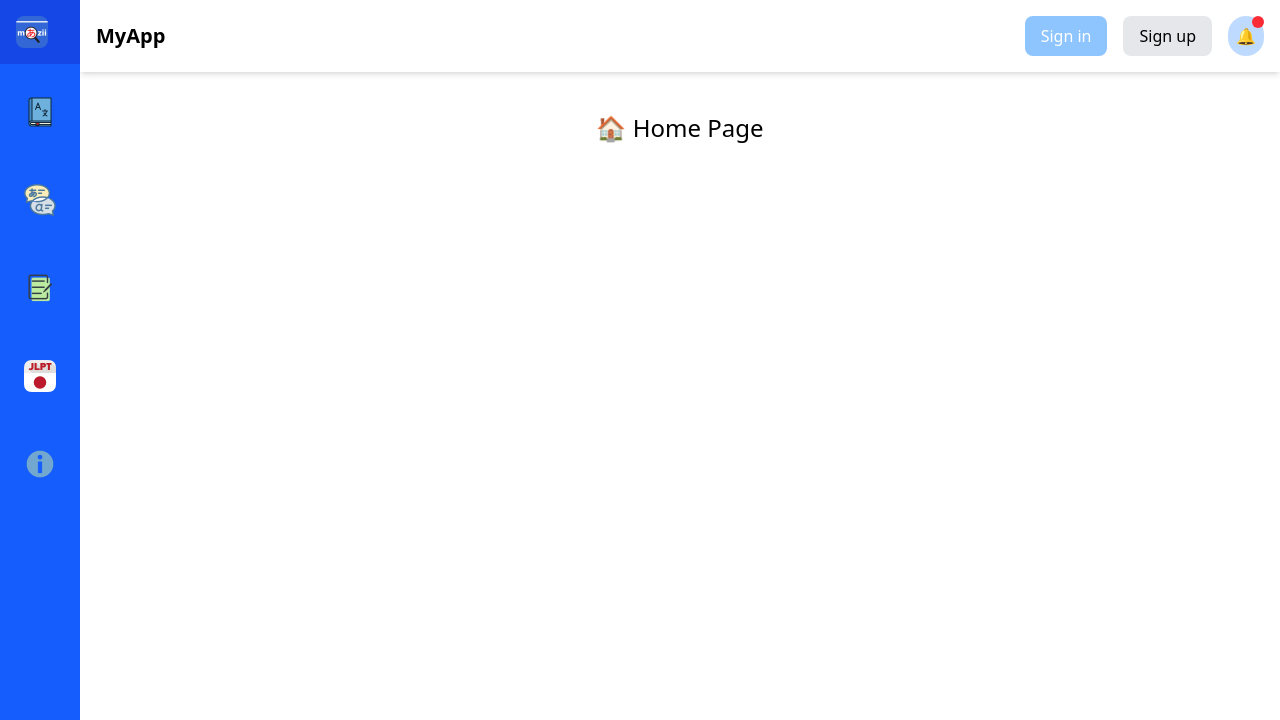
Repository: reminzuetto/JapaneseTranslationApp
Page: /
An editor plug-in stored every save of this project. The page is shown before and after the next save, followed by the edit.
The browser window is 1280 px wide. The pictures show the whole page.
The project was rebuilt for these pictures with package versions that can differ from the ones it lists, and the page was loaded fresh each time. Also part of the build but not shown: vite.config.js, src/components/Header/NotificationItem.jsx, src/pages/SignIn.jsx, src/pages/Signup.jsx.

Above is the page before, as saved 2025-03-11 23:54:34.

### src/App.jsx
import React from "react";
import { BrowserRouter as Router, Routes, Route } from "react-router-dom";
import Header from "./components/Header/Header";
import Home from "./pages/Home";
import Sidebar from "./components/SideBar/SideBar";
import SignIn from "./pages/SignIn";
import SignUp from "./pages/Signup";

function App() {
  return (
    <Router>
      <div className="flex">
        <Sidebar />
        <div className="flex-1 pl-20">
          <Header />
          <Routes>
            <Route path="/" element={<Home />} />
            <Route path="/signin" element={<SignIn />} />
            <Route path="/signup" element={<SignUp />} />
          </Routes>
        </div>
      </div>
    </Router>
  );
}

export default App;

### src/components/Header/Header.jsx
import React, { useState } from "react";
import useClickOutside from "../../hooks/useClickOutside";
import notificationsData from "/src/Data.js";
import NotificationItem from "../Header/NotificationItem";

const Header = () => {
  const { show, setShow, nodeRef } = useClickOutside();
  const [notifications, setNotifications] = useState(notificationsData);

  const markAsSeen = (id) => {
    setNotifications((prev) =>
      prev.map((item) => (item.id === id ? { ...item, seen: true } : item))
    );
  };

  return (
    <header className="flex items-center justify-between p-4 bg-white shadow-md">
      <div className="text-xl font-bold">MyApp</div>

      <div className="flex items-center gap-4">
        <button className="px-4 py-2 text-white bg-blue-300 rounded-lg hover:bg-blue-500">
          Sign in
        </button>
        <button className="px-4 py-2 text-blue bg-gray-200 rounded-lg hover:bg-blue-500 hover:text-white">
          Sign up
        </button>
        <div className="relative" ref={nodeRef}>
          <div
            className="relative p-2 rounded-full bg-blue-200 hover:bg-blue-400 cursor-pointer"
            onClick={() => setShow(!show)}
          >
            🔔
            {notifications.some((item) => !item.seen) && (
              <span className="absolute top-0 right-0 w-3 h-3 bg-red-500 rounded-full"></span>
            )}
          </div>

          {show && (
            <div className="absolute top-full -left-2 min-w-[250px] translate-x-[-100%] mt-2 bg-white shadow-lg rounded-lg border border-gray-200">
              {notifications.length > 0 ? (
                notifications.map((item) => (
                  <NotificationItem
                    key={item.id}
                    id={item.id}
                    title={item.title}
                    time={item.time}
                    seen={item.seen}
                    onMarkAsSeen={markAsSeen}
                  />
                ))
              ) : (
                <div className="p-4 text-center text-gray-400">
                  Không có thông báo mới
                </div>
              )}
            </div>
          )}
        </div>
      </div>
    </header>
  );
};

export default Header;

### src/pages/Home.jsx
import React from "react";

const Home = () => {
  return <h1 className="text-2xl text-center mt-10">🏠 Home Page</h1>;
};

export default Home;

### src/components/SideBar/SideBar.jsx
import React from "react";

const SidebarItem = ({ src, text }) => (
  <li className="w-full">
    <a
      className="flex items-center h-20 text-gray-200 no-underline transition duration-500 hover:bg-blue-700 hover:text-white hover:shadow-lg hover:font-bold hover:rounded-lg hover:ml-3 hover:mr-3"
      href=""
    >
      <img className="w-8 min-w-8 mx-6" src={src} alt={text} />
      <span className="hidden group-hover:block ml-4">{text}</span>
    </a>
  </li>
);

const SideBar = () => {
  const menuItems = [
    { src: "/src/assets/SearchIcon.png", text: "Search" },
    { src: "/src/assets/TranslateIcon.png", text: "Translate" },
    { src: "/src/assets/CollectionIcon.png", text: "Collection" },
    { src: "/src/assets/JLPTIcon.png", text: "JLPT" },
    { src: "/src/assets/AboutIcon.jpg", text: "About us" },
  ];

  return (
    <nav className="w-20 h-screen fixed z-10 bg-blue-600 transition-all duration-200 hover:w-64 group">
      <ul className="flex flex-col items-center space-y-2">
        <li className="w-full text-center py-4 bg-blue-700 font-bold uppercase text-white text-2xl">
          <a className="flex items-center justify-center space-x-4" href="">
            <img
              className="w-8 h-8 rounded-lg transition-transform duration-600 group-hover:rotate-[-360deg]"
              src="/src/assets/MaziiLogo.png"
              alt="Mazii logo"
            />
            <span className="hidden group-hover:block">Mazzi</span>
          </a>
        </li>
        {menuItems.map((item, index) => (
          <SidebarItem key={index} src={item.src} text={item.text} />
        ))}
      </ul>
    </nav>
  );
};

export default SideBar;

### src/hooks/useClickOutside.jsx
import { useEffect, useRef, useState } from "react";

export default function useClickOutside(dom = "button") {
  const [show, setShow] = useState(false);
  const nodeRef = useRef(null);
  useEffect(() => {
    const handleClickOutside = (event) => {
      if (
        nodeRef.current &&
        !nodeRef.current.contains(event.target) &&
        !event.target.matches(dom)
      ) {
        setShow(false);
      }
    };
    document.addEventListener("click", handleClickOutside);
    return () => {
      document.removeEventListener("click", handleClickOutside);
    };
  }, []);

  return {
    show,
    setShow,
    nodeRef,
  };
}

### src/Data.js
const notificationsData = [
  {
    id: 1,
    title: "JavaScript Update",
    content: "Phiên bản mới của JavaScript đã được phát hành.",
    time: "10 phút trước",
    seen: false,
  },
  {
    id: 2,
    title: "ReactJS Tips",
    content: "Học cách tối ưu hóa hiệu suất trong ReactJS.",
    time: "30 phút trước",
    seen: true,
  },
  {
    id: 3,
    title: "VueJS News",
    content: "Vue 3 đang ngày càng phổ biến hơn!",
    time: "1 giờ trước",
    seen: false,
  },
  {
    id: 4,
    title: "Next.js Guide",
    content: "Làm thế nào để sử dụng Server Actions hiệu quả?",
    time: "3 giờ trước",
    seen: true,
  },
  {
    id: 5,
    title: "PostgreSQL Tips",
    content: "Cách tối ưu truy vấn SQL cho tốc độ nhanh hơn.",
    time: "5 giờ trước",
    seen: false,
  },
];

export default notificationsData;

Loaded but not shown: index.html (common file); src/main.jsx (common file); src/index.css (common file)

After the next save:
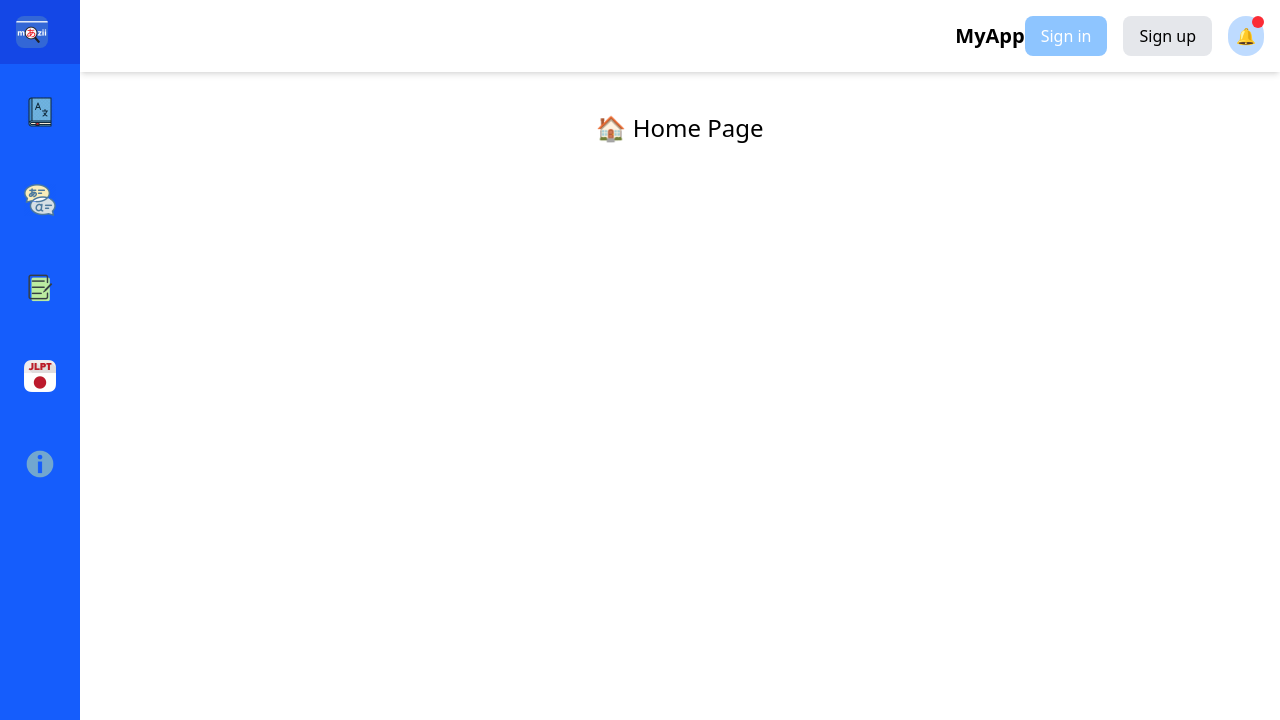
Saved 19 s later.
--- a/src/components/Header/Header.jsx
+++ b/src/components/Header/Header.jsx
@@ -14,7 +14,7 @@
   };
 
   return (
-    <header className="flex items-center justify-between p-4 bg-white shadow-md">
+    <header className="flex items-center justify-end p-4 bg-white shadow-md">
       <div className="text-xl font-bold">MyApp</div>
 
       <div className="flex items-center gap-4">
